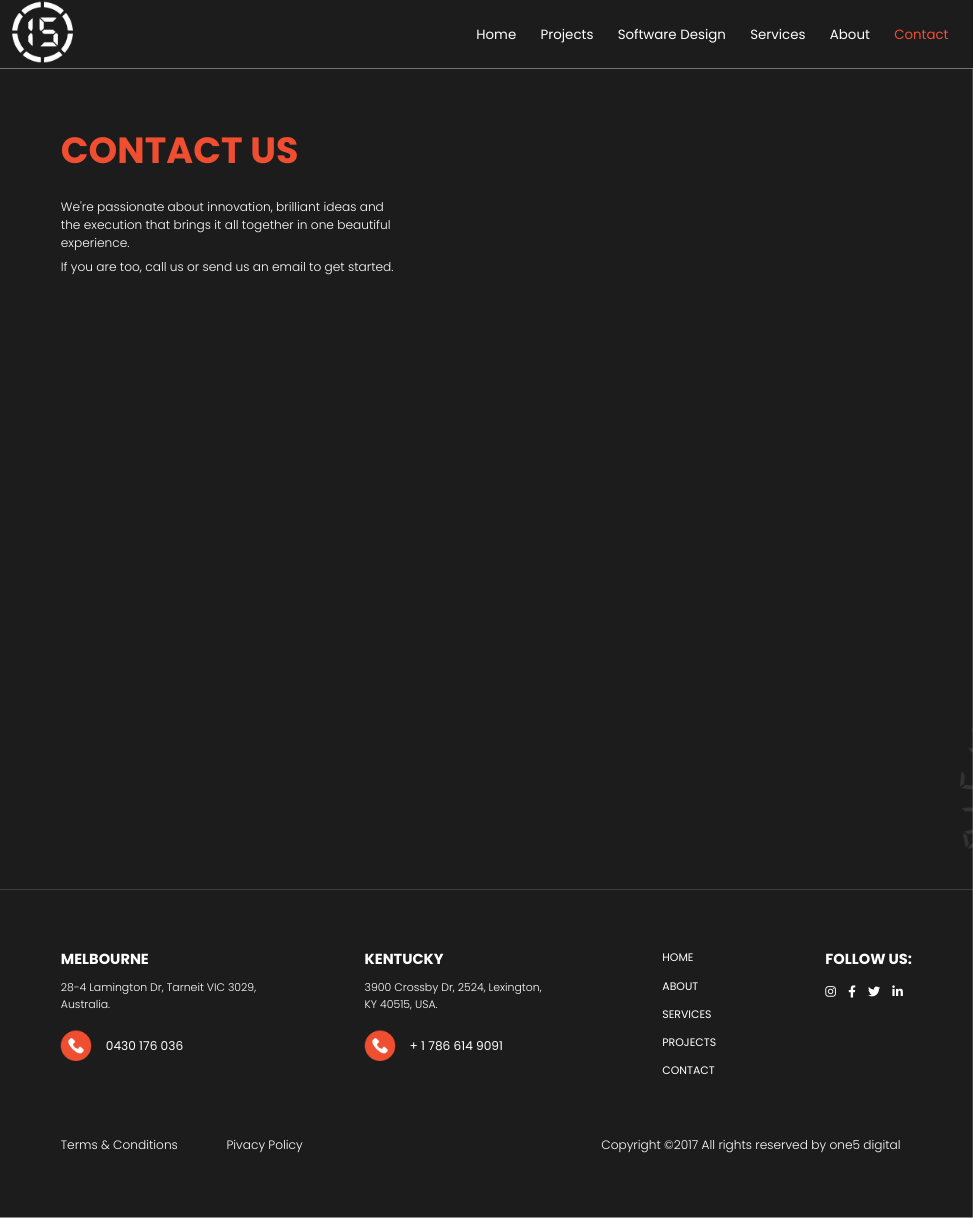
Repository: gopalpurohit54/one5
Page: /Contact
An editor plug-in stored every save of this project. The page is shown before and after the next save, followed by the edit.
The browser window is 1280 px wide. The pictures show the whole page, at 76% of full size.
The project was rebuilt for these pictures with package versions that can differ from the ones it lists, and the page was loaded fresh each time. Also part of the build but not shown: src/components/Button.js, src/components/HeroSection.css, src/components/HeroSection.js, src/components/OurProjects.css, src/components/OurProjects.js, src/components/OurServices.js, src/components/AboutUs.css, src/components/AboutUs.js and 30 more.

Above is the page before, as saved 2021-06-22 14:04:57.

After the next save:
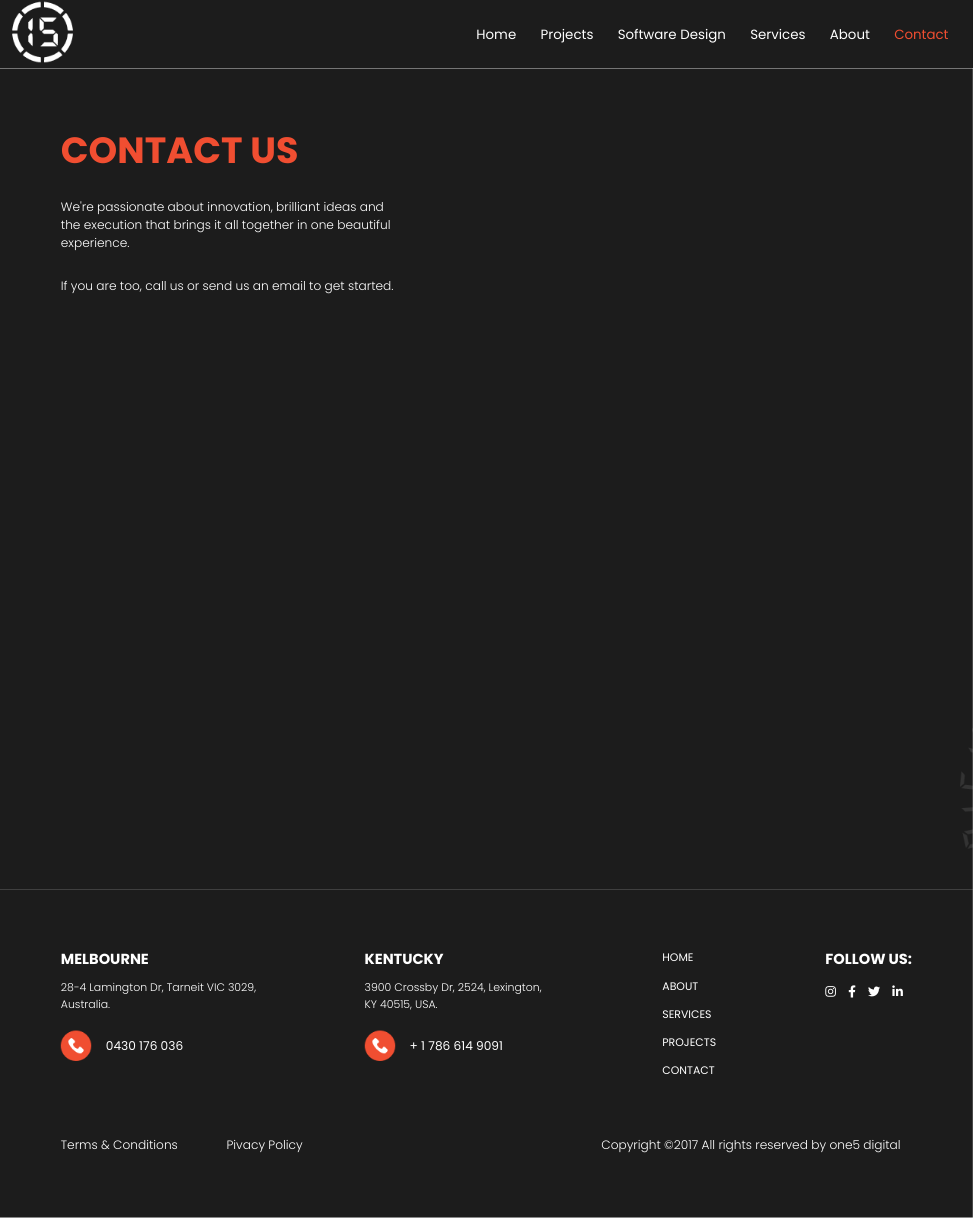
Saved 16 s later.
--- a/src/components/ContactPage.js
+++ b/src/components/ContactPage.js
@@ -8,7 +8,7 @@ function ContactPage() {
                 <h1>CONTACT US</h1>
                 <p>We're passionate about innovation, brilliant ideas and <br/>
                 the execution that brings it all together in one beautiful <br/>
-                experience.</p>
+                experience.</p> <br/>
                 <p>If you are too, call us or send us an email to get started.</p>
             </div>
             <div className="con-right">
